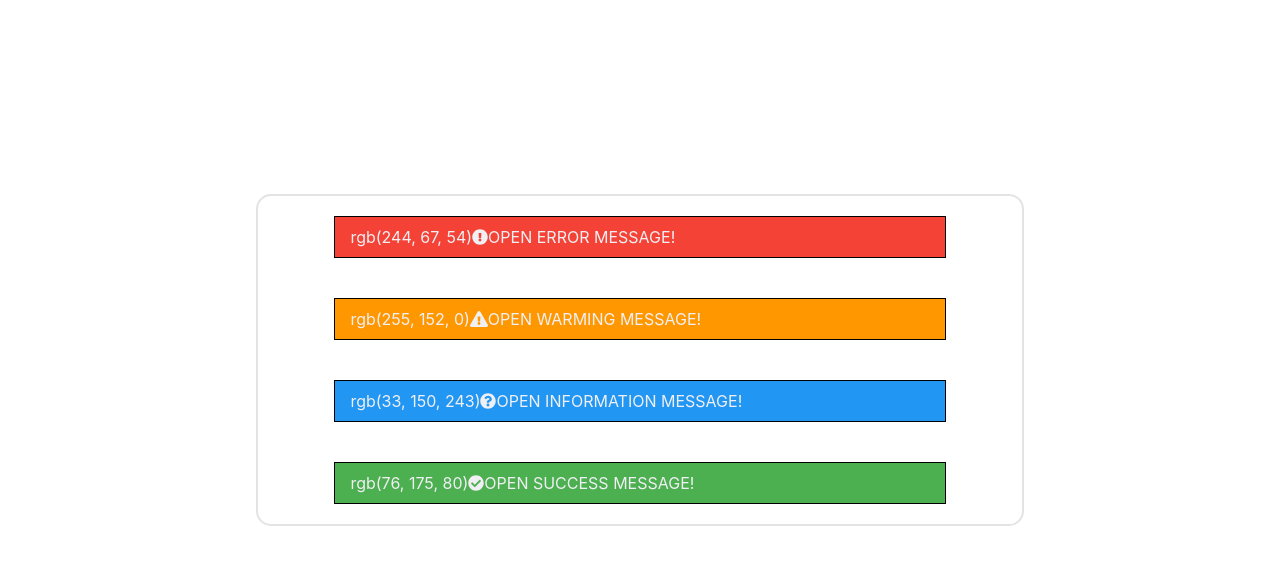
Repository: KrzysKolo/sr_tydzien5_zad2
Page: /
An editor plug-in stored every save of this project. The page is shown before and after the next save, followed by the edit.
The browser window is 1280 px wide. The pictures show the whole page.
The project was rebuilt for these pictures with package versions that can differ from the ones it lists, and the page was loaded fresh each time.

Above is the page before, as saved 2020-12-21 18:03:22.

### public/index.html
<!DOCTYPE html>
<html lang="en">
  <head>
    <meta charset="utf-8" />
    <link rel="icon" href="%PUBLIC_URL%/favicon.ico" />
    <meta name="viewport" content="width=device-width, initial-scale=1" />
    <meta name="theme-color" content="#000000" />
    <meta
      name="description"
      content="Web site created using create-react-app"
    />
    <link rel="apple-touch-icon" href="%PUBLIC_URL%/logo192.png" />
    <!--
      manifest.json provides metadata used when your web app is installed on a
      user's mobile device or desktop. See https://developers.google.com/web/fundamentals/web-app-manifest/
    -->
    <link rel="manifest" href="%PUBLIC_URL%/manifest.json" />
    <!--
      Notice the use of %PUBLIC_URL% in the tags above.
      It will be replaced with the URL of the `public` folder during the build.
      Only files inside the `public` folder can be referenced from the HTML.

      Unlike "/favicon.ico" or "favicon.ico", "%PUBLIC_URL%/favicon.ico" will
      work correctly both with client-side routing and a non-root public URL.
      Learn how to configure a non-root public URL by running `npm run build`.
    -->
    <title>Zad 2 - snackbar</title>
  </head>
  <body>
    <noscript>You need to enable JavaScript to run this app.</noscript>
    <div id="root"></div>
    <!--
      This HTML file is a template.
      If you open it directly in the browser, you will see an empty page.

      You can add webfonts, meta tags, or analytics to this file.
      The build step will place the bundled scripts into the <body> tag.

      To begin the development, run `npm start` or `yarn start`.
      To create a production bundle, use `npm run build` or `yarn build`.
    -->
  </body>
</html>

### src/App.js
import React from 'react';
import Buttons from './components/Buttons';
import './App.css';
const App = () => {
  return (
    <div className="wrapper--btn">
      <Buttons />
    </div>
  )
}

export default App;

### src/components/Buttons.js
import React from 'react';
import PaletColors from './../colors/PaletColors';
import ButtonsData from './../data/ButtonsData';
import Button from './Button';

const Buttons = () => {
    return (
        <>
            {ButtonsData.map(button =>
                <Button key={button.id} data={button} />
            )}
        </>
    )
}

export default Buttons;

### src/App.css
* {
  box-sizing: border-box;
  margin: 0;
  position: relative;
}
body {
  width: 100vw;
  height: 100vh;
  display: flex;
  flex-direction: row;
  justify-content: center;
  align-items: center;
}
.wrapper--btn {
  border: 2px solid #e3e3e3;
  border-radius: 15px;
  width: 60vw;
  display: flex;
  flex-direction: column;
  justify-content: center;
  align-items: center;
}
.btn {
  border: 1px solid black;
  color: rgb(240, 239, 244);
  cursor: pointer;
  padding: 10px 15px;
  margin: 20px;
  width: 80%;
}

### src/colors/PaletColors.js
const PaletColors = {
    "red": "rgb(244, 67, 54)",
    "orange": "rgb(255, 152, 0)",
    "blue": "rgb(33, 150, 243)",
    "green": "rgb(76, 175, 80)",
    "maroon": "rgb(124, 0, 0)",
    "navy": "rgb(44, 44, 96)",
    "white": "rgb(240, 239, 244)",
    "black": "rgb(0, 0, 0)",
};

  export default PaletColors;

### src/data/ButtonsData.js
const ButtonsData = [
    {
      id: 0,
      name: "OPEN ERROR MESSAGE!",
      event: "handleClickError",
      color: "rgb(244, 67, 54)",
      icon: "faExclamationCircle"
    },
    {
      id: 1,
      name: "OPEN WARMING MESSAGE!",
      event: "handleClickWarming",
      color: "rgb(255, 152, 0)",
      icon: "faExclamationTriangle",
    },
    {
      id: 2,
      name: "OPEN INFORMATION MESSAGE!",
      event: "handleClickInformation",
      color: "rgb(33, 150, 243)",
      icon: "faQuestionCircle",
    },
    {
      id: 3,
      name: "OPEN SUCCESS MESSAGE!",
      event: "handleClickSuccess",
      color: "rgb(76, 175, 80)",
      icon: "faCheckCircle",
    },

  ]
 export default ButtonsData;

### src/components/Button.js
import React, { useState } from 'react';
import Icons from './Icons';
import PaletColor from './../colors/PaletColors';

const Button = ({ data} ) => {

    return (
        <div className="btn"
        onClick={data.event}
        style={{backgroundColor: `${data.color}` }}>{data.color}
            <Icons icon={data.icon}/>
             {data.name}
        </div>
    )
}

export default Button;

### src/components/Icons.js
import React from 'react';
import { FontAwesomeIcon } from '@fortawesome/react-fontawesome';
import { faCheckCircle, faQuestionCircle, faExclamationTriangle, faExclamationCircle } from '@fortawesome/free-solid-svg-icons';

const Icons = ({icon}) => {

        switch (icon) {
            case 'faExclamationCircle': return <FontAwesomeIcon icon={faExclamationCircle} />;
            case 'faExclamationTriangle': return <FontAwesomeIcon icon={faExclamationTriangle} />;
            case 'faQuestionCircle': return <FontAwesomeIcon icon={faQuestionCircle} />;
            case 'faCheckCircle': return <FontAwesomeIcon icon={faCheckCircle} />;
            default: return null;
            }



}

export default Icons;

Loaded but not shown: src/index.js (common file); src/index.css (common file)

After the next save:
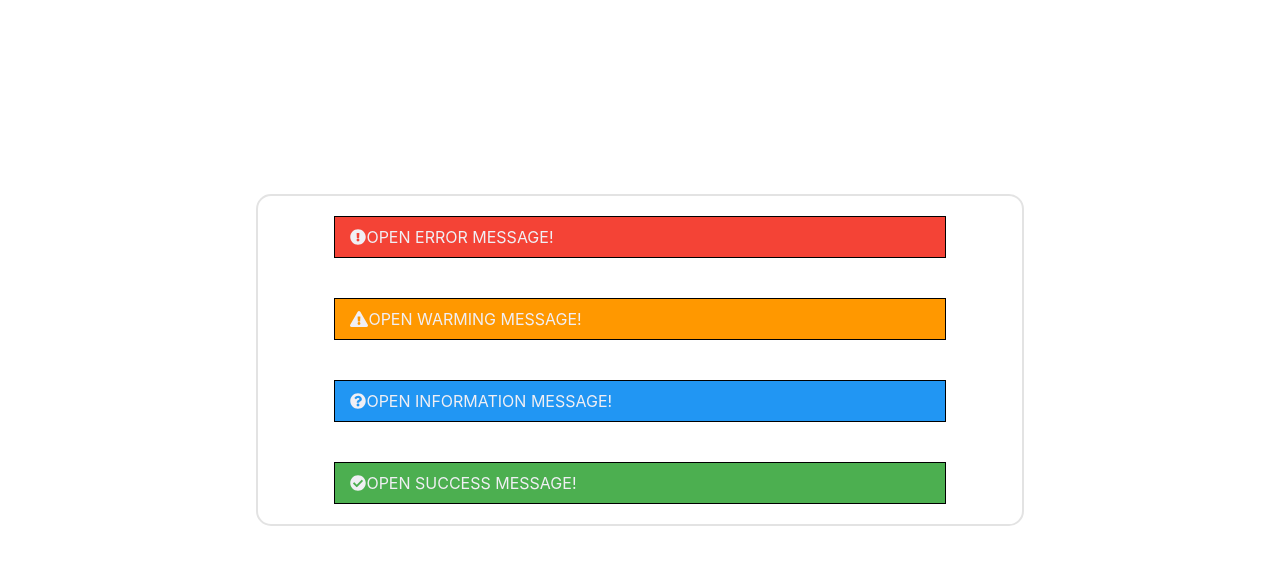
Saved 63 s later.
--- a/src/components/Button.js
+++ b/src/components/Button.js
@@ -7,7 +7,7 @@ const Button = ({ data} ) => {
     return (
         <div className="btn"
         onClick={data.event}
-        style={{backgroundColor: `${data.color}` }}>{data.color}
+        style={{backgroundColor: `${data.color}` }}>
             <Icons icon={data.icon}/>
              {data.name}
         </div>
